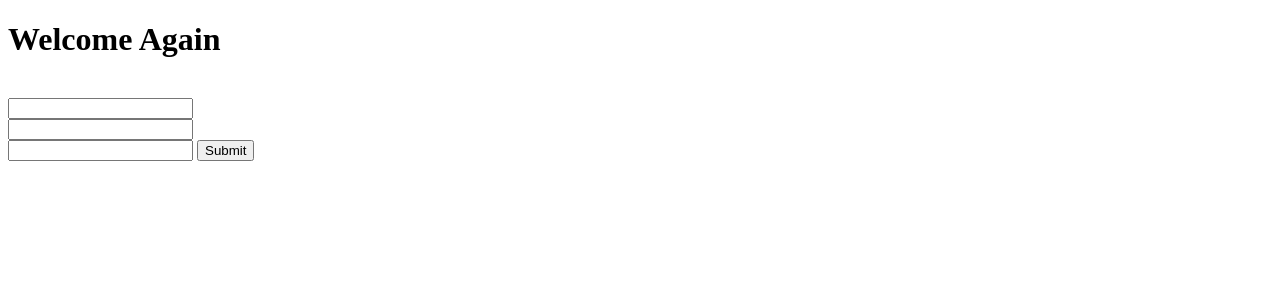
Repository: sandipgole/SpringBoot
Page: http://localhost/08_Jpa_mvc_H2_partTwo/home.jsp
The author's editor kept a copy of each file at every save. The page is drawn from the files as they stood at one save, then again after the next save.
The browser window is 1280 px wide. The pictures show the whole page.
The page is served by Tomcat 9. Other server files are loaded and not shown.

Above is the page before, as saved 2019-11-23 10:28:18.

### 08_Jpa_mvc_H2_partTwo/src/main/webapp/home.jsp
<%@ page language="java" contentType="text/html; charset=ISO-8859-1"
    pageEncoding="ISO-8859-1"%>
<!DOCTYPE html>
<html>
<head>
<meta charset="ISO-8859-1">
<title>Insert title here</title>
</head>
<body>
<h1>Welcome Again</h1><br>
<form action="addAlien">
		<input type="text" name="aid"><br>
		<input type ="text" name="aname"><br>
		<input type="text" name="atech"<br>
		<input type="submit"><br>
		</form>
</body>
</html>

After the next save:
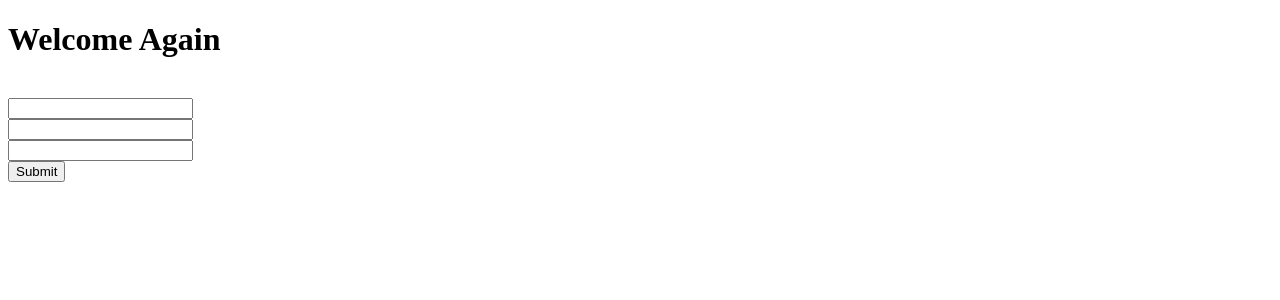
Saved 7 s later.
--- a/08_Jpa_mvc_H2_partTwo/src/main/webapp/home.jsp
+++ b/08_Jpa_mvc_H2_partTwo/src/main/webapp/home.jsp
@@ -11,7 +11,7 @@
 <form action="addAlien">
 		<input type="text" name="aid"><br>
 		<input type ="text" name="aname"><br>
-		<input type="text" name="atech"<br>
+		<input type="text" name="atech"><br>
 		<input type="submit"><br>
 		</form>
 </body>
